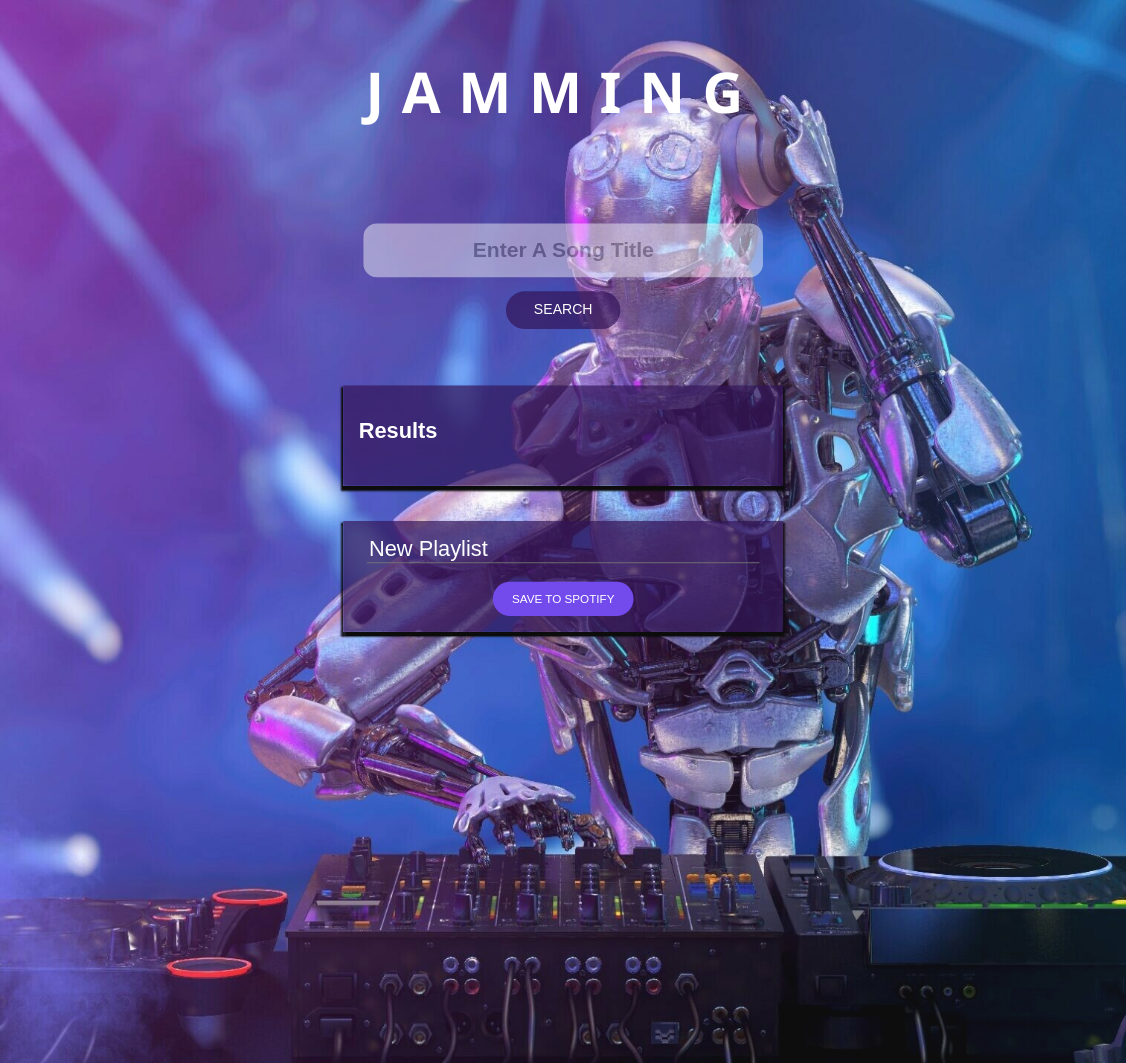
Repository: LolaSL/jamming
Page: /
The author's editor kept a copy of each file at every save. The page is drawn from the files as they stood at one save, then again after a run of saves.
The browser window is 1280 px wide. The pictures show the whole page, at 88% of full size.
The project was rebuilt for these pictures with package versions that can differ from the ones it lists, and the page was loaded fresh each time. Also part of the build but not shown: src/components/Track/Track.css, src/components/Track/Track.jsx.

Above is the page before, as saved 2023-06-23 17:43:26.

After the next 5 saves:
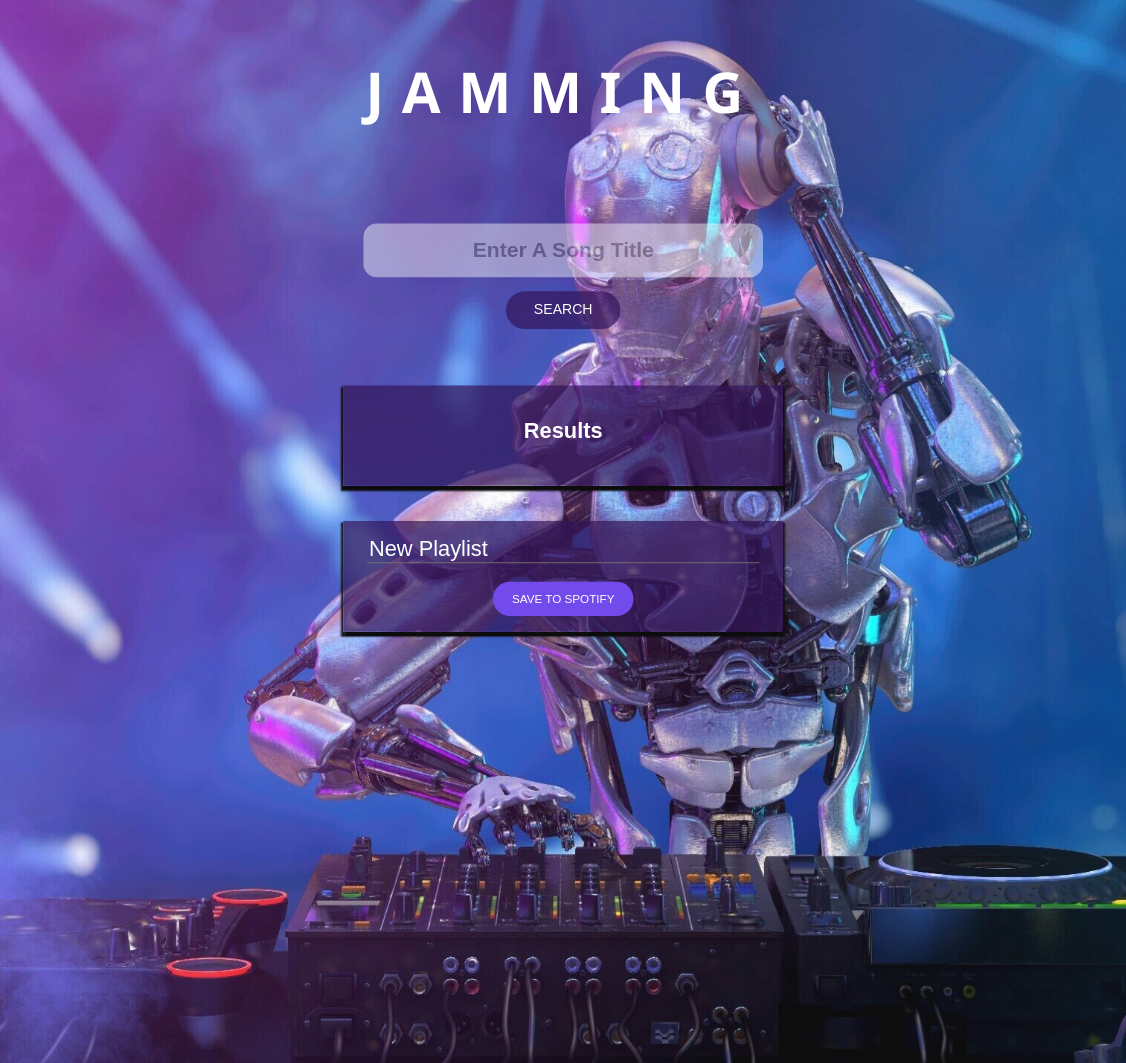
The 5 saves are shown as one change because they came seconds apart.
The last was saved 12 s later.
--- a/src/components/SearchResults/SearchResults.css
+++ b/src/components/SearchResults/SearchResults.css
@@ -33,7 +33,7 @@
     .SearchResults {
       width: 70%;
       margin-bottom:1.5rem;
-      alig
+      align-items: center;
     }
   }
 
